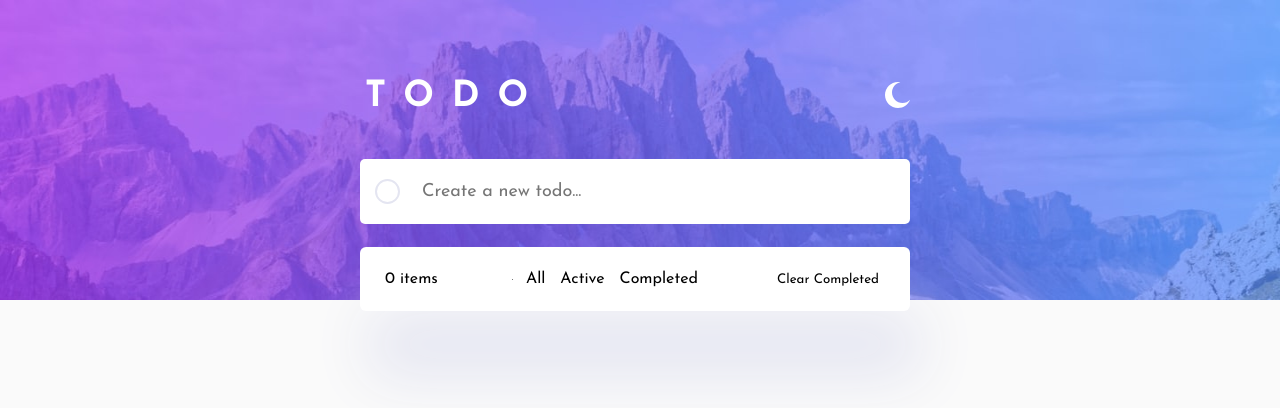
Repository: Haviles04/todoapp
Page: /
The author's editor kept a copy of each file at every save. The page is drawn from the files as they stood at one save, then again after the next save.
The browser window is 1280 px wide. The pictures show the whole page.
The project was rebuilt for these pictures with package versions that can differ from the ones it lists, and the page was loaded fresh each time.

Above is the page before, as saved 2022-10-22 10:30:43.

After the next save:
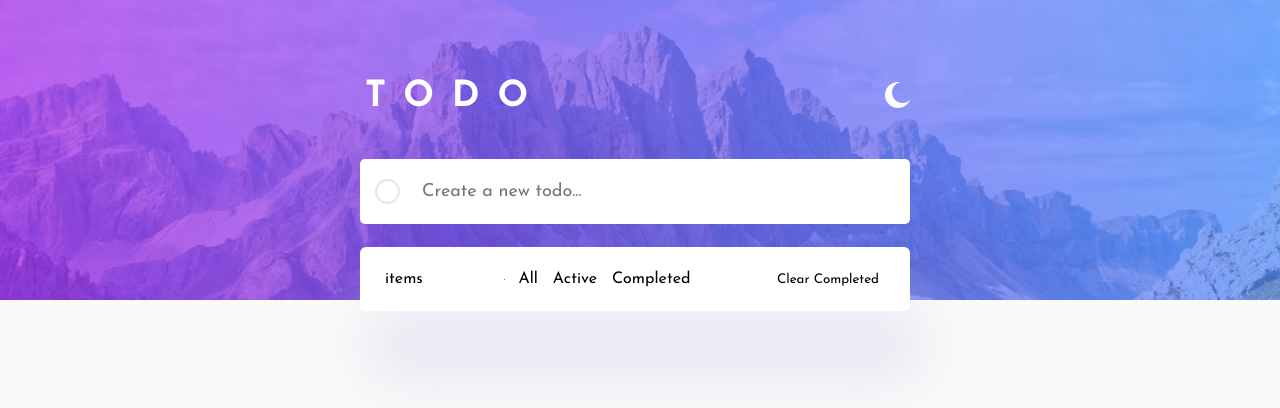
Saved 3 min 17 s later.
--- a/src/components/taskList/TaskList.jsx
+++ b/src/components/taskList/TaskList.jsx
@@ -18,10 +18,12 @@
 
   // Checks to see how many items are on the list, and makes "item" plural
   function pluralize() {
-    if (props.todoList.length > 1 || props.todoList.length < 1) {
-      return `${props.todoList.length} items`;
+    let countOverOne = props.todoList.filter( todo => todo.complete)
+
+    if (countOverOne > 1 || countOverOne < 1) {
+      return `${countOverOne} items`;
     } else {
-      return `${props.todoList.length} item`;
+      return `${countOverOne} item`;
     }
   }
 

After the 2 saves that followed:
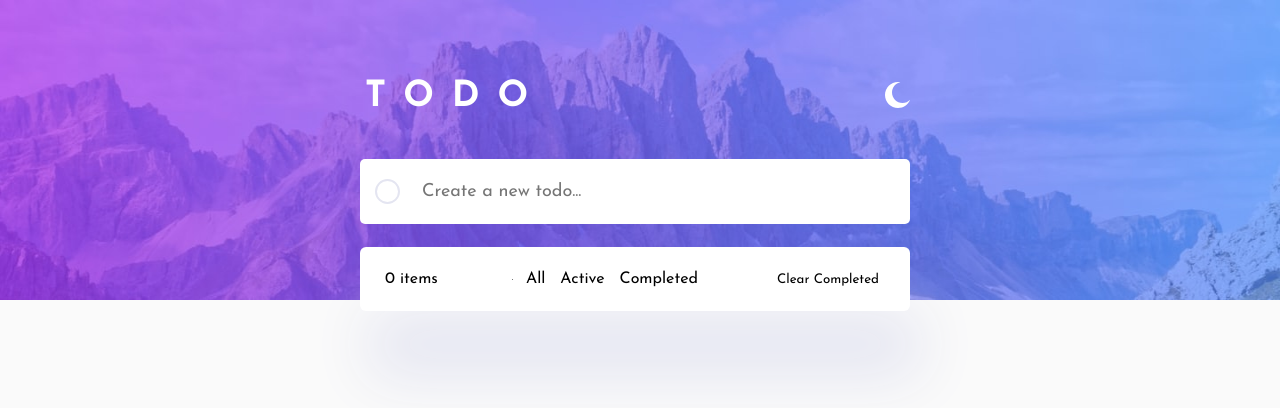
The 2 saves are shown as one change because 1 left the picture as it was.
The last was saved 26 s later.
--- a/src/components/taskList/TaskList.jsx
+++ b/src/components/taskList/TaskList.jsx
@@ -18,7 +18,7 @@
 
   // Checks to see how many items are on the list, and makes "item" plural
   function pluralize() {
-    let countOverOne = props.todoList.filter( todo => todo.complete)
+    let countOverOne = props.todoList.filter( todo => !todo.complete).length
 
     if (countOverOne > 1 || countOverOne < 1) {
       return `${countOverOne} items`;
